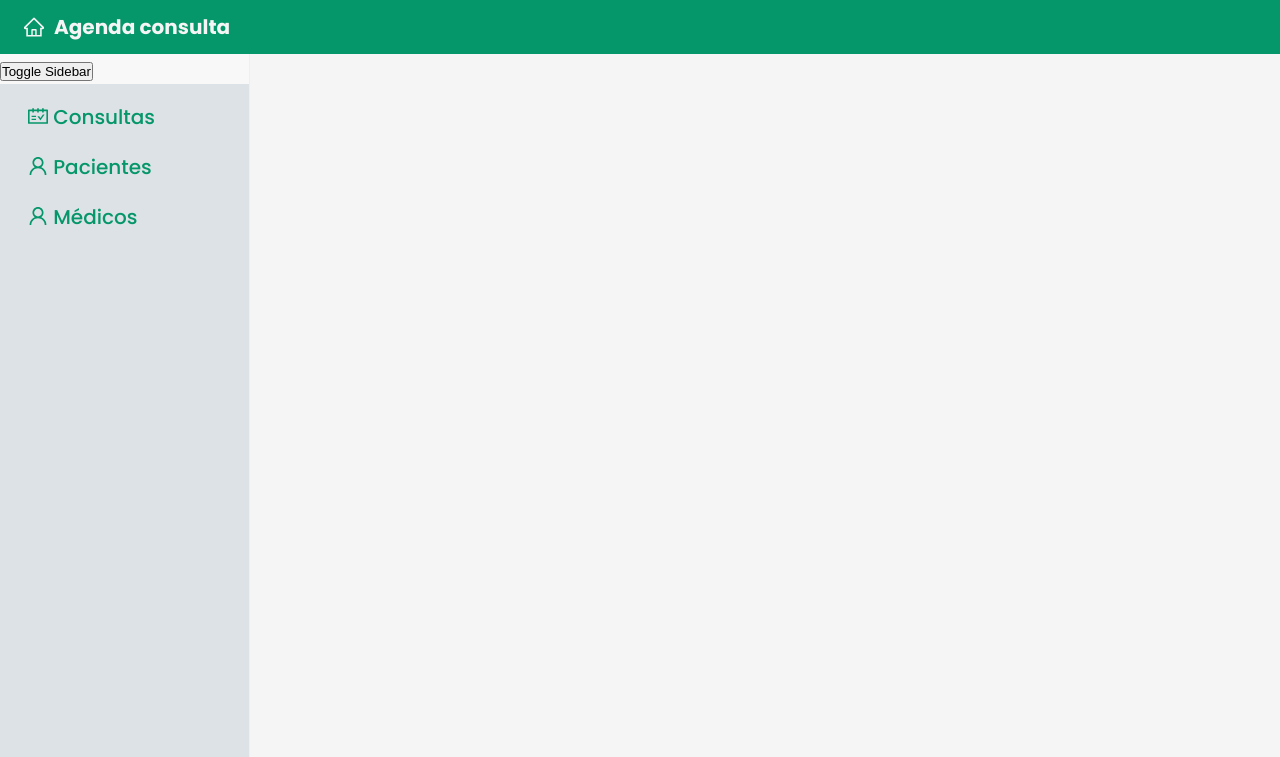
Repository: BarbaraCD/agendaconsulta
Page: /
The author's editor kept a copy of each file at every save. The page is drawn from the files as they stood at one save, then again after the next save.
The browser window is 1280 px wide. The pictures show the whole page.
The project was rebuilt for these pictures with package versions that can differ from the ones it lists, and the page was loaded fresh each time. Also part of the build but not shown: vite.config.ts, src/services/ApiConfig.ts, src/services/appointment.services.ts, src/styles/InputContainer.ts, src/styles/Appointments.ts, src/services/doctor.services.ts, src/services/patient.services.ts, src/components/Calendar.tsx and 6 more.

Above is the page before, as saved 2023-09-01 09:40:37.

After the next save:
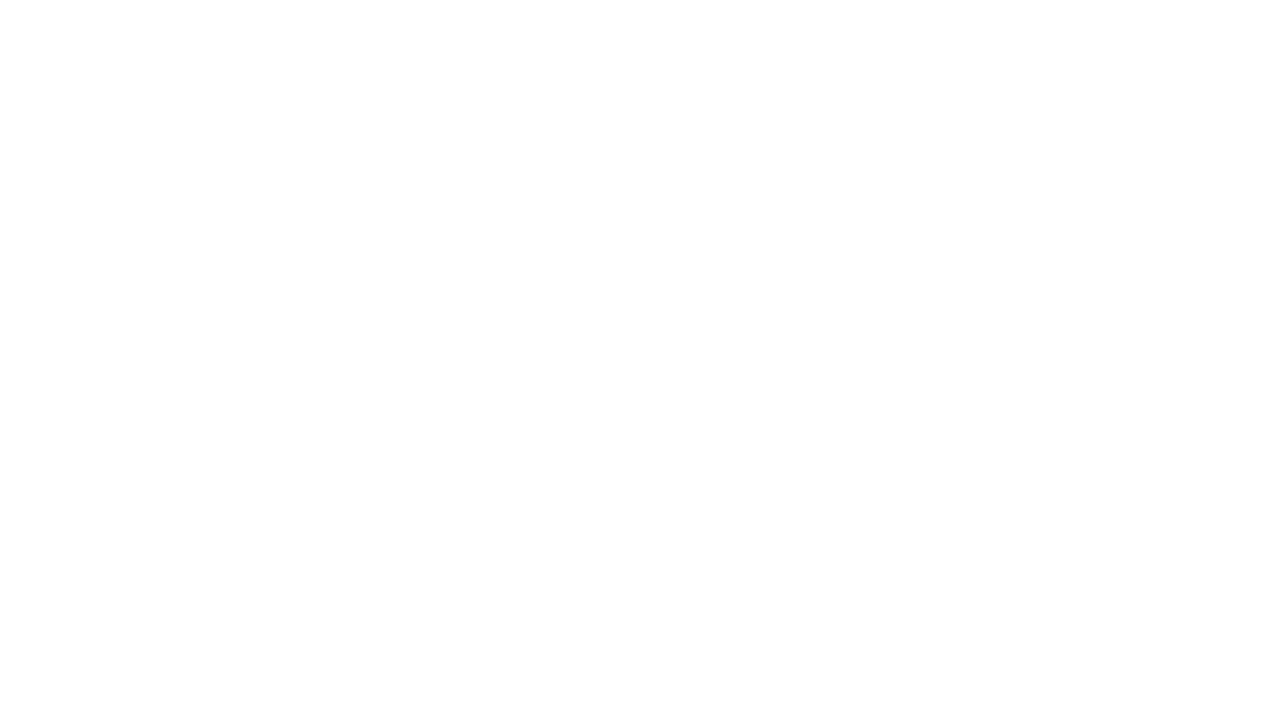
Console error: ReferenceError: MenuOutlined is not defined
Saved 75 s later.
--- a/src/components/SidebarComponent.tsx
+++ b/src/components/SidebarComponent.tsx
@@ -12,7 +12,9 @@ export function SidebarComponent() {
 
   return (
     <StyledSidebar collapsed={collapsed}>
-      <button onClick={toggleSidebar}>Toggle Sidebar</button>
+      <button onClick={toggleSidebar}>
+        <MenuOutlined />
+      </button>
       <StyledList>
         <StyledItem component={<Link to="/appointments/calendar" />}>
           <ScheduleOutlined /> Consultas

After the save that followed:
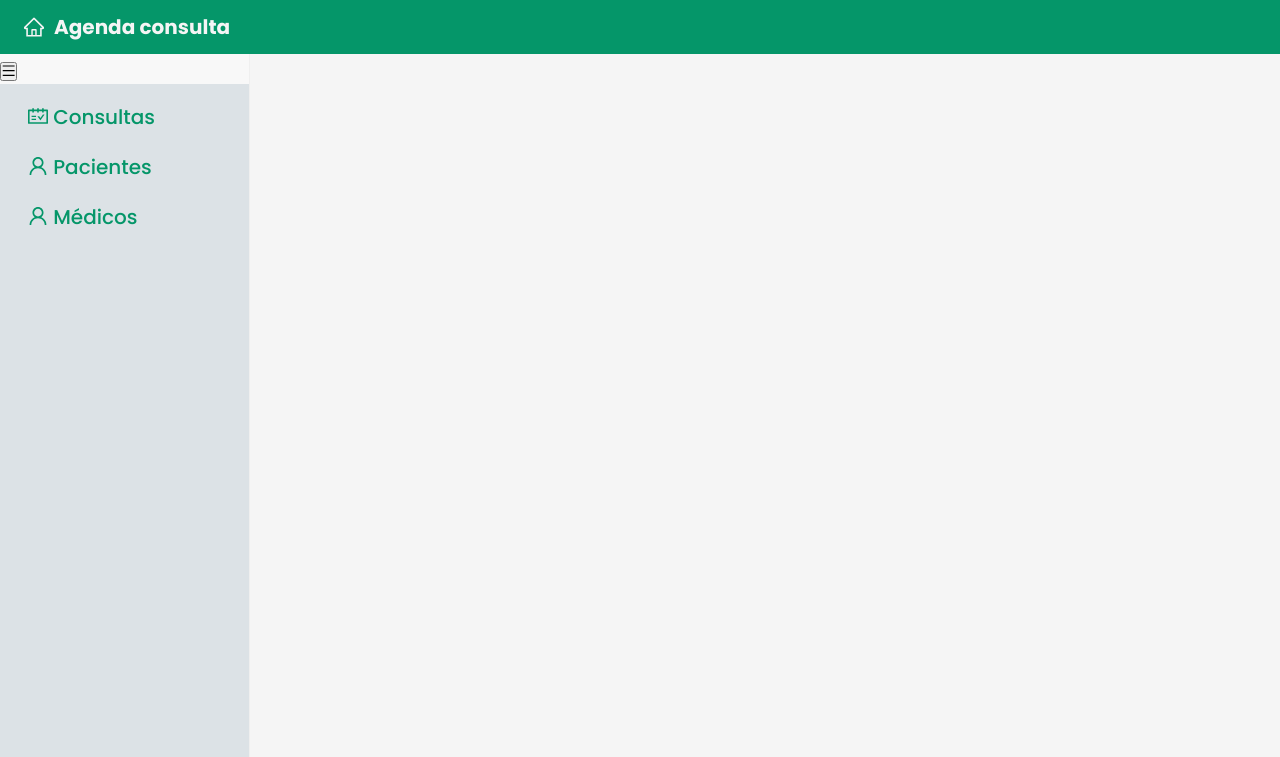
The error is gone.
Saved 4 s later.
--- a/src/components/SidebarComponent.tsx
+++ b/src/components/SidebarComponent.tsx
@@ -1,4 +1,4 @@
-import { ScheduleOutlined, UserOutlined } from '@ant-design/icons'
+import { MenuOutlined, ScheduleOutlined, UserOutlined } from '@ant-design/icons'
 import { StyledList, StyledItem, StyledSidebar } from '../styles/SidebarStyled'
 import { Link } from 'react-router-dom'
 import { useState } from 'react'
